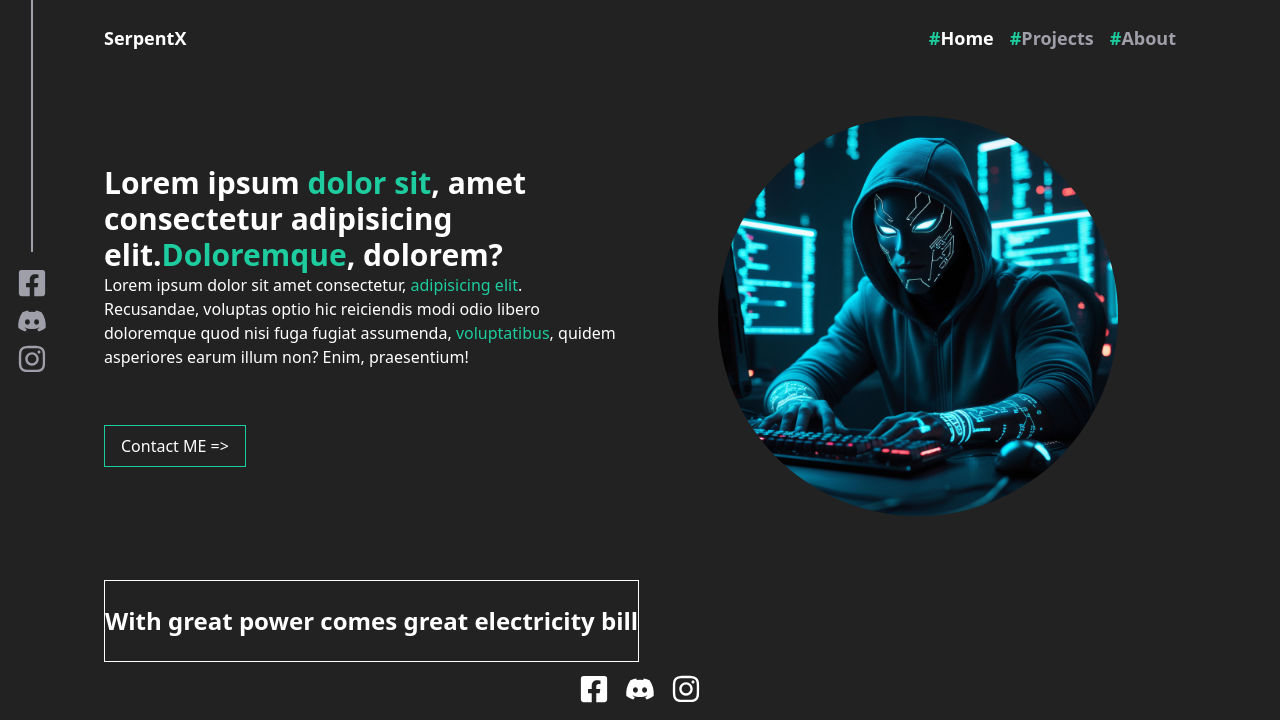
Repository: SERPENTX03/Portfolio-Tutorial
Page: /
The author's editor kept a copy of each file at every save. The page is drawn from the files as they stood at one save, then again after the next save.
The browser window is 1280 px wide. The pictures show the whole page.
The project was rebuilt for these pictures with package versions that can differ from the ones it lists, and the page was loaded fresh each time. The framework's server and built-in components were replaced by stand-ins that run in the browser. Also part of the build but not shown: next.config.ts.

Above is the page before, as saved 2025-04-19 20:58:00.

After the next save:
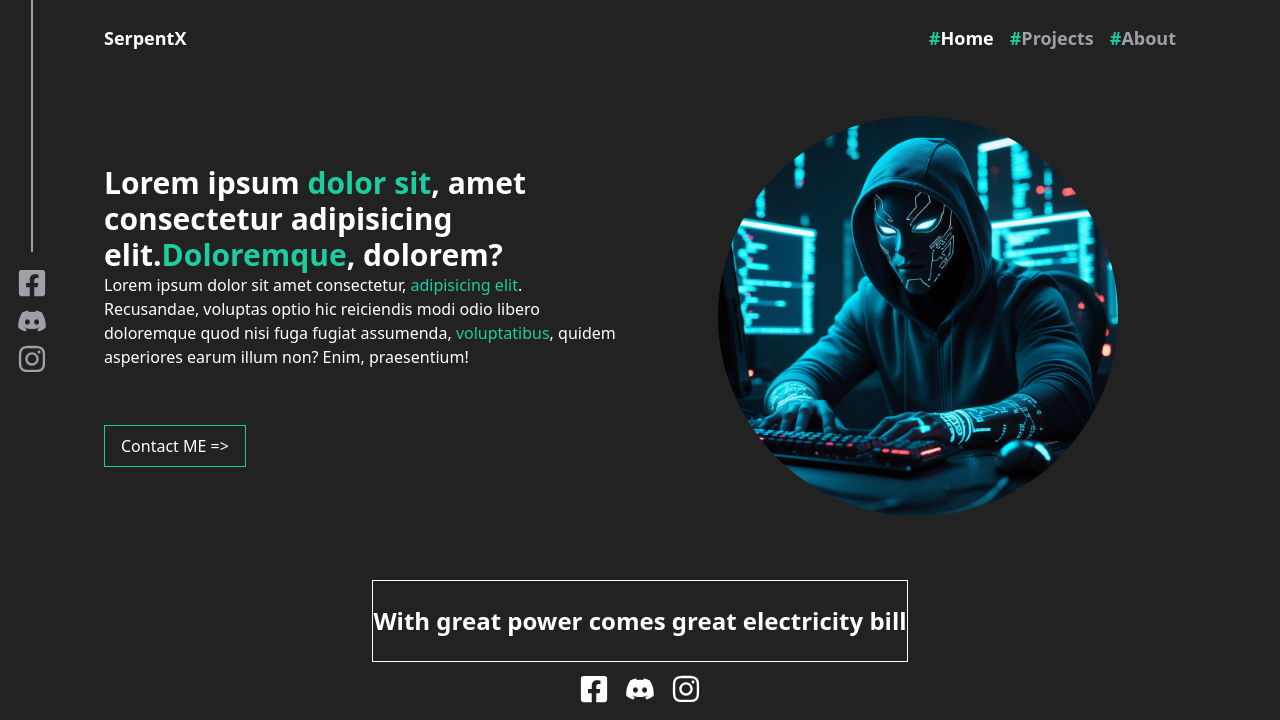
Saved 17 s later.
--- a/components/Hero.tsx
+++ b/components/Hero.tsx
@@ -32,8 +32,8 @@ const Hero = () => {
           />
         </div>
       </div>
-      <div className="mt-16">
-        <h5 className="text-center w-fit text-2xl font-bold border py-6">
+      <div className="mt-16 flex justify-center">
+        <h5 className="w-fit text-2xl font-bold border py-6">
           With great power comes great electricity bill
         </h5>
       </div>
